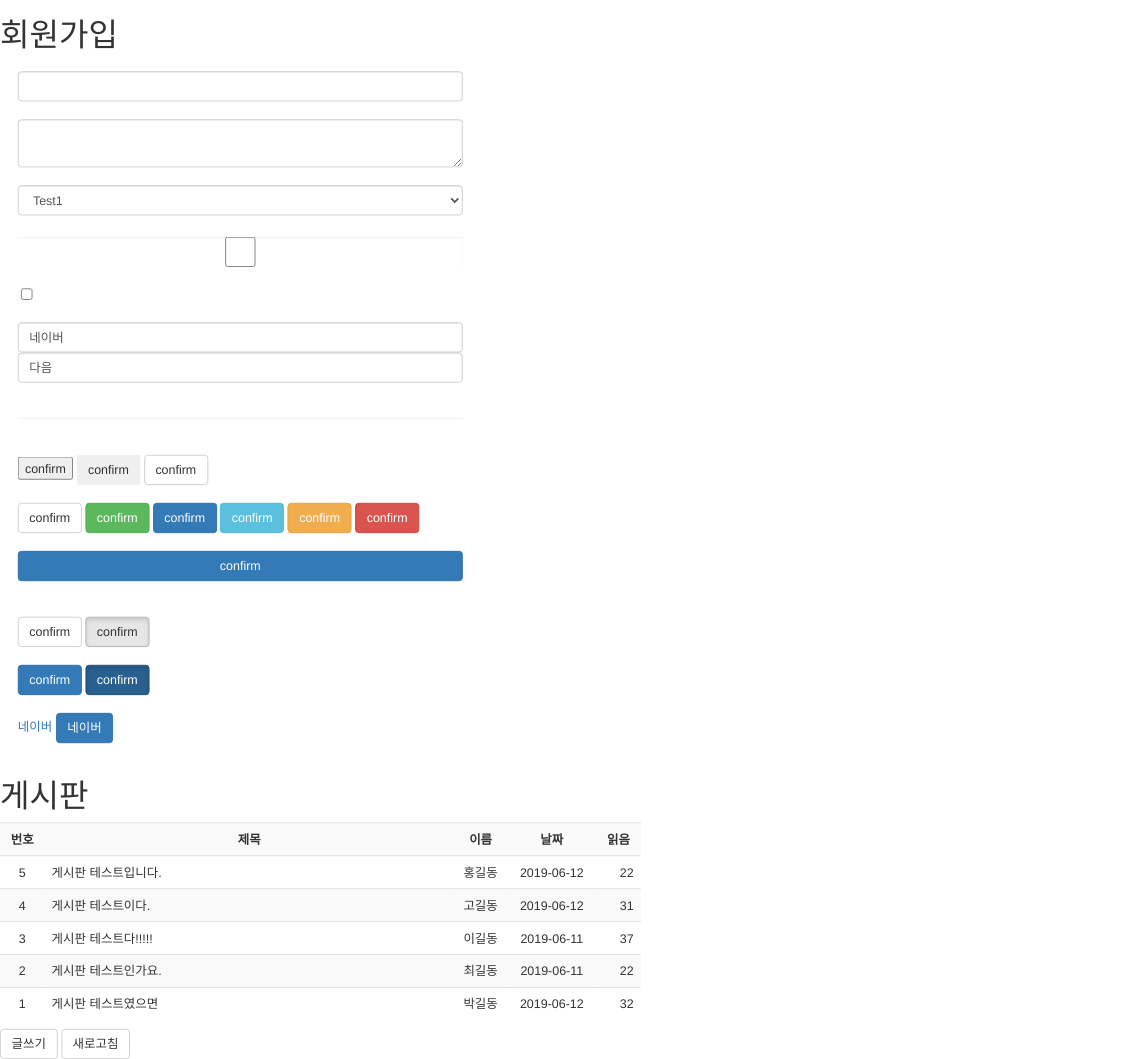
Repository: yhj4130/BootstrapStudy
Page: BootstrapWork/WebContent/BootEx03.html
An editor plug-in stored every save of this project. The page is shown before and after the next save, followed by the edit.
The browser window is 1280 px wide. The pictures show the whole page, at 89% of full size.

Above is the page before, as saved 2019-06-12 02:39:04.

### BootstrapWork/WebContent/BootEx03.html
<!DOCTYPE html>
<html>
<head>
<meta charset="UTF-8">
<title>BootEx03.html</title>

<link rel="stylesheet" href="css/bootstrap.css">
<script type="text/javascript" src="js/jquery-3.4.1.min.js"></script>
<script type="text/javascript" src="js/bootstrap.min.js"></script>

<style type="text/css">

	/* 테이블 기본 서식 */
	#table
	{
		width: 500px;
		border: 1px solid black;
		border-collapse: collapse;
	}

	#table td
	{
		border: 1px solid black;
	}

	#table1
	{
		width: 720px;
	}

	#table1 th{text-align: center;}
	#table1 th:nth-child(1){width: 50px;}
	#talbe1 th:nth-child(2){width: 460px;}
	#table1 th:nth-child(3){width: 60px;}
	#table1 th:nth-child(4){width: 100px;}
	#table1 th:nth-child(5){width: 50px;}

	#table1 td{text-align: center;}
	#table1 td:nth-child(2){text-align: left;}
	#table1 td:nth-child(5){text-align: right;}

	#btnSet
	{
		margin-top: -10px;

	}

</style>

</head>
<body>

<h1>회원가입</h1>

<form action="" style="width: 500px; margin: 20px;">

	<input type="text" class="form-control">
	<br>

	<textarea rows="" cols="" class="form-control"></textarea>
	<br>

	<select class="form-control">
		<option>Test1</option>
		<option>Test2</option>
		<option>Test3</option>
		<option>Test4</option>
	</select>
	<br>

	<input type="checkbox" class="form-control">
	<br>

	<input type="checkbox" style="width: 20px;">
	<br><br>

	<a href="#" class="form-control">네이버</a>
	<a href="#" class="form-control">다음</a>

	<br><hr><br>

	<input type="button" value="confirm">
	<input type="button" value="confirm" class="btn">
	<input type="button" value="confirm" class="btn btn-default">
	<br><br>

	<input type="button" value="confirm" class="btn btn-default">
	<input type="button" value="confirm" class="btn btn-success">
	<input type="button" value="confirm" class="btn btn-primary">
	<input type="button" value="confirm" class="btn btn-info">
	<input type="button" value="confirm" class="btn btn-warning">
	<input type="button" value="confirm" class="btn btn-danger">
	<br><br>

	<!-- 『btn-block』 : 버튼이 포함되어 있는 부모 요소만큼 꽉 채워서 랜더링한다. -->
	<input type="button" value="confirm" class="btn btn-primary btn-block">
	<br><br>

	<!--  -->
	<input type="button" value="confirm" class="btn btn-default">
	<input type="button" value="confirm" class="btn btn-default active">
	<br><br>

	<input type="button" value="confirm" class="btn btn-primary">
	<input type="button" value="confirm" class="btn btn-primary active">
	<br><br>

	<a href="#">네이버</a>
	<a href="#" class="btn btn-primary" role="button">네이버</a>
	<br><br>

</form>

<div id="main">

	<h1>게시판</h1>

	<table class="table table-striped" id="table1">
		<tr>
			<th>번호</th>
			<th>제목</th>
			<th>이름</th>
			<th>날짜</th>
			<th>읽음</th>
		</tr>
		<tr>
			<td>5</td>
			<td>게시판 테스트입니다.</td>
			<td>홍길동</td>
			<td>2019-06-12</td>
			<td>22</td>
		</tr>
		<tr>
			<td>4</td>
			<td>게시판 테스트이다.</td>
			<td>고길동</td>
			<td>2019-06-12</td>
			<td>31</td>
		</tr>
		<tr>
			<td>3</td>
			<td>게시판 테스트다!!!!!</td>
			<td>이길동</td>
			<td>2019-06-11</td>
			<td>37</td>
		</tr>
		<tr>
			<td>2</td>
			<td>게시판 테스트인가요.</td>
			<td>최길동</td>
			<td>2019-06-11</td>
			<td>22</td>
		</tr>
		<tr>
			<td>1</td>
			<td>게시판 테스트였으면</td>
			<td>박길동</td>
			<td>2019-06-12</td>
			<td>32</td>
		</tr>
	</table>

	<div id="btnSet">
		<input type="button" value="글쓰기" class="btn btn-default">
		<input type="button" value="새로고침" class="btn btn-default">
	</div>

</div>

</body>
</html>

Loaded but not shown: BootstrapWork/WebContent/css/bootstrap.css (library); BootstrapWork/WebContent/js/jquery-3.4.1.min.js (library); BootstrapWork/WebContent/js/bootstrap.min.js (library)

After the next save:
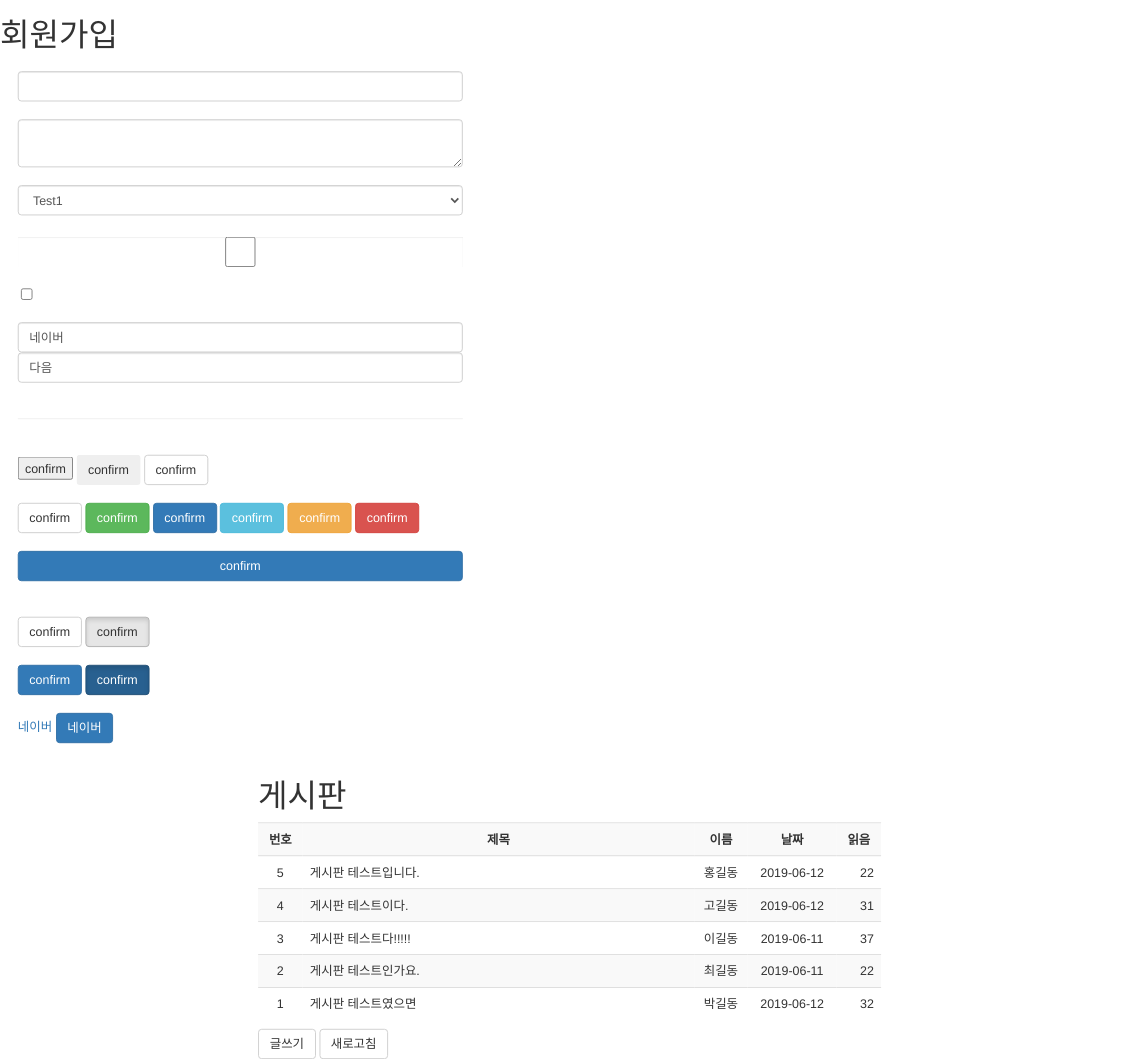
Saved 40 s later.
--- a/BootstrapWork/WebContent/BootEx03.html
+++ b/BootstrapWork/WebContent/BootEx03.html
@@ -43,6 +43,12 @@
 	{
 		margin-top: -10px;
 
+	}
+
+	#main
+	{
+		width: 700px;
+		margin: 0px auto;
 	}
 
 </style>
